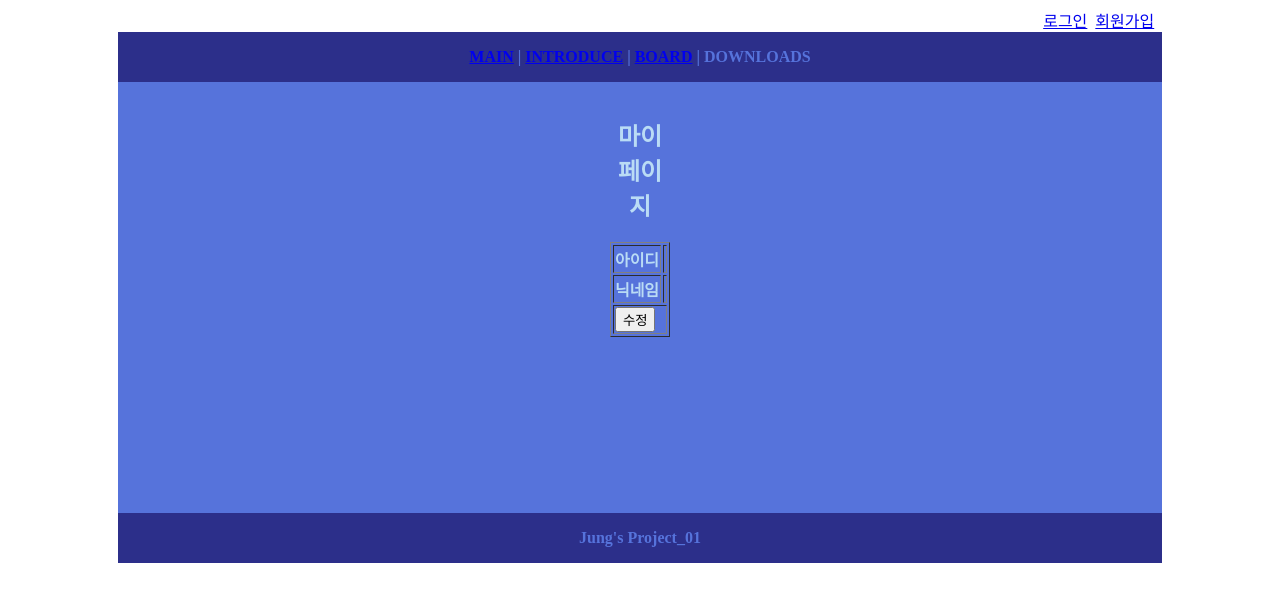
Repository: asas6306/Jungs_
Page: http://localhost/Board-Project1/WEB-INF/JSP/mypage.jsp
An editor plug-in stored every save of this project. The page is shown before and after the next save, followed by the edit.
The browser window is 1280 px wide. The pictures show the whole page.
The page is served by Tomcat 9. Nobody is signed in. Other server files are loaded and not shown. The template is opened directly, without the code that normally fills it, so the values that code supplies are empty.

Above is the page before, as saved 2021-01-14 07:10:51.

### Board-Project1/WebContent/WEB-INF/JSP/mypage.jsp
<%@ page language="java" contentType="text/html; charset=UTF-8"
    pageEncoding="UTF-8"%>
<jsp:include page="/layout/header.jsp" />

<table border="1">
<caption><h2>마이 페이지</h2></caption>
	<tr>
		<th>아이디</th>
		<td>${m.ID}</td>
	</tr>
	<tr>
		<th>닉네임</th>
		<td>${m.nickname}</td>
	</tr>
	<tr>
		<td colspan="2">
			<input type="button" value="수정" onclick="location.href='/Board-Project1/member.do?action=PWcheck'">
		</td>
	</tr>
</table>

<jsp:include page="/layout/footer.jsp" />

### Board-Project1/WebContent/layout/header.jsp
<%@ page language="java" contentType="text/html; charset=UTF-8"
	pageEncoding="UTF-8"%>
<%@ taglib prefix="c" uri="http://java.sun.com/jsp/jstl/core" %>
<!DOCTYPE html>
<html>
<head>
<meta charset="UTF-8">
<title>Jung's Board Project_01</title>
<link rel="stylesheet" type="text/css" href="/Board-Project1/layout/layout.css">
</head>
<body>
	<div align="center">
		<div style="width: 82%" align="right">
			<c:choose>
				<c:when test="${m.state}">
				<a>${m.nickname}님 환영합니다!</a>&nbsp
					<a href="/Board-Project1/member.do?action=doLogout">로그아웃</a>&nbsp
					<a href="/Board-Project1/member.do?action=mypage">마이페이지</a>&nbsp
				</c:when>
				<c:when test="${!m.state}">
					<a href="/Board-Project1/member.do?action=login">로그인</a>&nbsp
					<a href="/Board-Project1/member.do?action=signup">회원가입</a>&nbsp
				</c:when>
			</c:choose>
		</div>
		<div class="header" align="center">
		<a href="/Board-Project1/main.do">MAIN</a>
		 |
		<a href="/Board-Project1/main.do?action=introduce">INTRODUCE</a>
		 |
		<a href="/Board-Project1/article.do?action=list">BOARD</a>
		 |
		DOWNLOADS
		</div>
	<div class="main" align="center">
		<!-- haeder -->

### Board-Project1/WebContent/layout/footer.jsp

<!-- footer -->
</div>
<div class="footer" align="center">Jung's Project_01</div>
</div>
</body>
</html>

### Board-Project1/WebContent/layout/layout.css
@charset "UTF-8";

.headertop {
	width: 80%;
}

.header, .footer {
	width: 80%;
	padding: 1em;
	background: #2C2F8A;
	color: #5673DB;
	font: sans-serif;
	font-weight: bold;
}

.main {
	width: 80%;
	padding: 1em;
	min-height: 400px;
	padding-top: 15px;
	background: #5673DB;
	color: #BADCF5;
}

.table {
	border: 2px thin;
	border-color: #2C2F8A;
	font: sans-serif;
	font-style: normal;
	color: #2C2F8A;
}

After the next save:
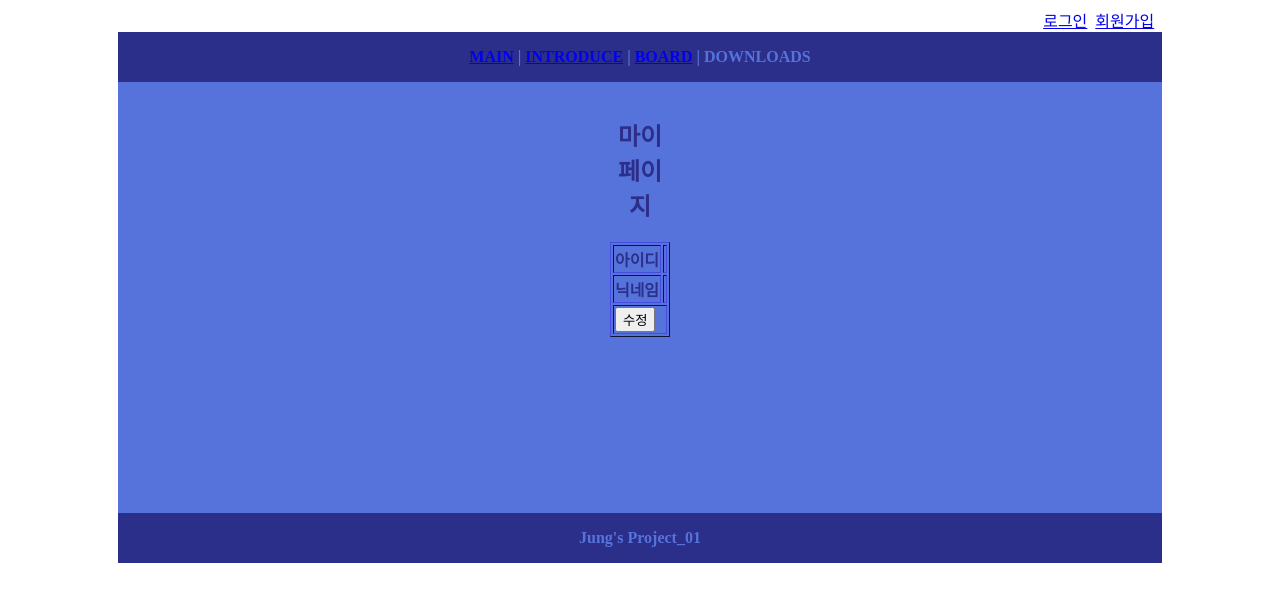
Saved 11 s later.
--- a/Board-Project1/WebContent/WEB-INF/JSP/mypage.jsp
+++ b/Board-Project1/WebContent/WEB-INF/JSP/mypage.jsp
@@ -2,7 +2,7 @@
     pageEncoding="UTF-8"%>
 <jsp:include page="/layout/header.jsp" />
 
-<table border="1">
+<table border="1" class="table">
 <caption><h2>마이 페이지</h2></caption>
 	<tr>
 		<th>아이디</th>

After the save that followed:
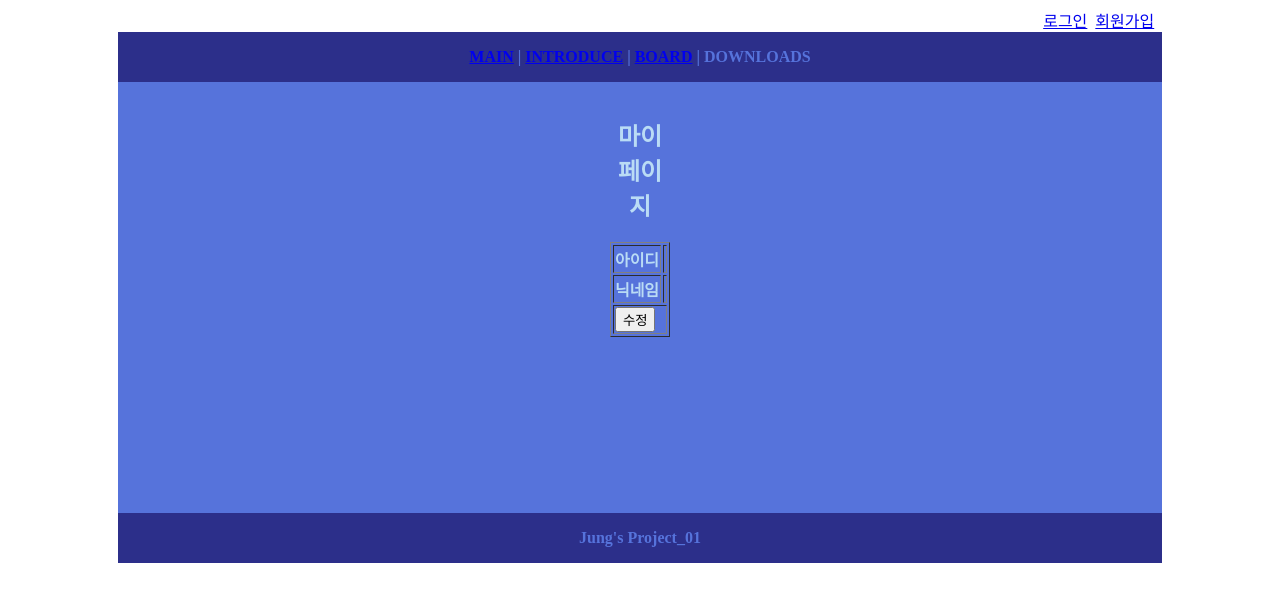
Saved 4 s later.
--- a/Board-Project1/WebContent/WEB-INF/JSP/mypage.jsp
+++ b/Board-Project1/WebContent/WEB-INF/JSP/mypage.jsp
@@ -2,7 +2,7 @@
     pageEncoding="UTF-8"%>
 <jsp:include page="/layout/header.jsp" />
 
-<table border="1" class="table">
+<table border="1">
 <caption><h2>마이 페이지</h2></caption>
 	<tr>
 		<th>아이디</th>
